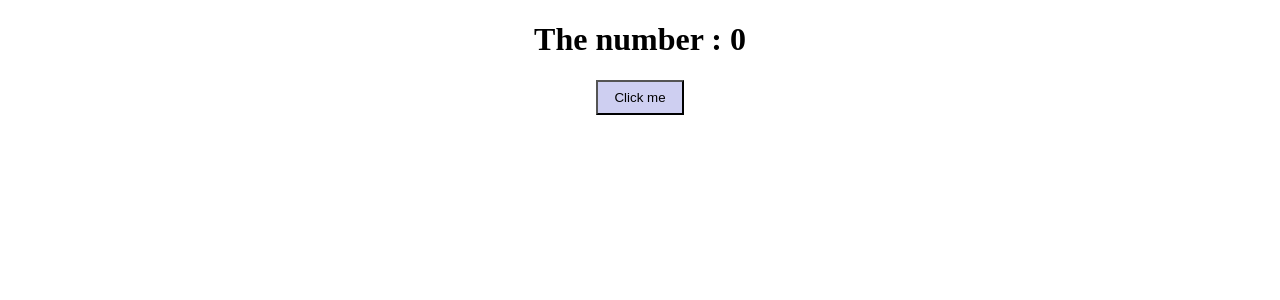
Repository: dung8466/learn-react
Page: / (app in react-state/)
The author's editor kept a copy of each file at every save. The page is drawn from the files as they stood at one save, then again after the next save.
The browser window is 1280 px wide. The pictures show the whole page.
The pointer rests on the first visible `.Container button`.
The project was rebuilt for these pictures with package versions that can differ from the ones it lists, and the page was loaded fresh each time. Also part of the build but not shown: react-state/src/App.css.

Above is the page before, as saved 2022-09-16 22:13:35.

### react-state/src/App.js
import React, {Component} from "react";
import './App.css';
import Button from "./Button";

class App extends Component {
  render(){
    return (
      <Button />
    );
  }
}

export default App;

### react-state/src/Button.js
import React, {Component} from "react";
import './Button.css'
class Button extends Component{
    constructor(props){
        super(props);
        this.state = {number : 0}
        this.handleClick = this.handleClick.bind(this);
    };
    handleClick(e){
        this.setState({number : (Math.floor(Math.random() *10))});
    };
    render(){
        return(
            <div className="Container">
                <h1>The number : {this.state.number}</h1>
                {this.state.number === 7 ?
                    <h2>You Win</h2>
                    : <button onClick={this.handleClick}> Click me </button>
                }
            </div>
        );
    }
}

export default Button;

### react-state/src/Button.css
.Container{
    font-family: 'Times New Roman', Times, serif;
    font-size: 16px;
    text-align: center;
}

.Container button{
    padding: 0.5rem 1rem;
    background-color: #cecff1;
}

.Container button:hover{
    cursor: pointer;
}

Loaded but not shown: react-state/public/index.html (common file); react-state/src/index.js (common file); react-state/src/index.css (common file); react-state/public/manifest.json (common file)

After the next save:
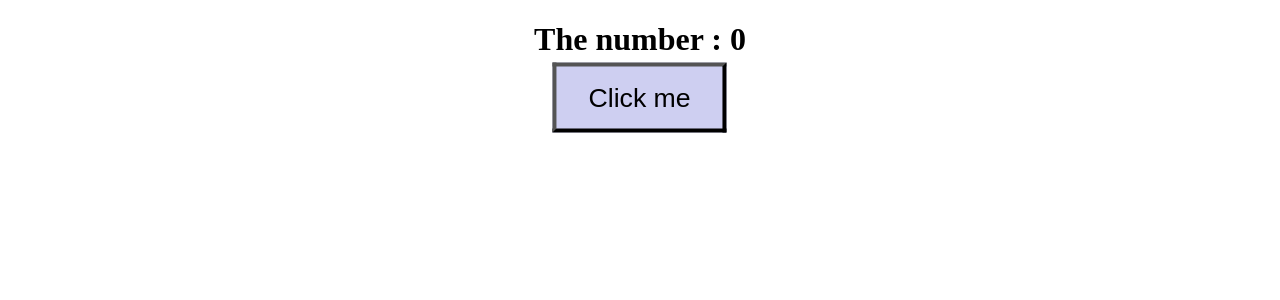
Saved 13 s later.
--- a/react-state/src/Button.css
+++ b/react-state/src/Button.css
@@ -11,4 +11,5 @@
 
 .Container button:hover{
     cursor: pointer;
+    transform: scale(2);
 }
